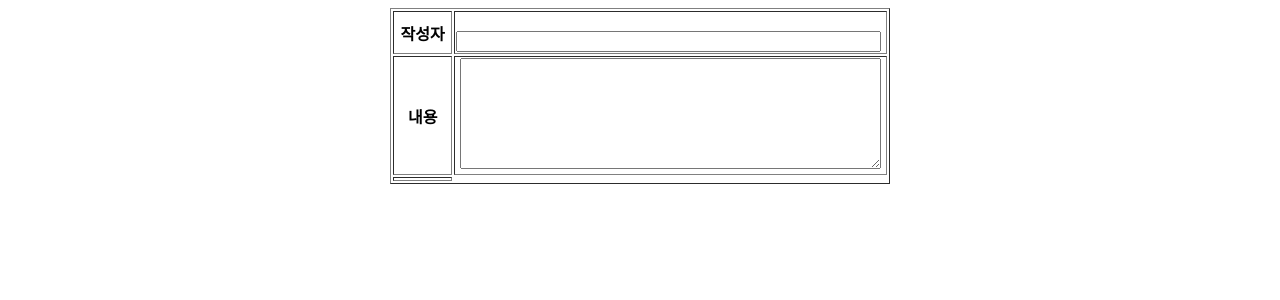
Repository: seminocoe/JSP_STUDY
Page: ServletProject/src/main/webapp/bbs/write.html
An editor plug-in stored every save of this project. The page is shown before and after the next save, followed by the edit.
The browser window is 1280 px wide. The pictures show the whole page.

Above is the page before, as saved 2022-07-27 05:16:19.

### ServletProject/src/main/webapp/bbs/write.html
<!DOCTYPE html>
<html>
<head>
<meta charset="UTF-8">
<title>방명록</title>
</head>
<body>
<form action="" method="post">
	<table width ="500" border="1" align="center">

		<tr>
			<th width = "70">작성자</th>
			<td width = " 430">&nbsp;
			<input type = "text" name ="writer" size = "50"></td>
		</tr>

		<tr>
			<th>내용</th>
			<td>
				&nbsp;<textarea rows="7" cols="50" name = "memo"></textarea>
			</td>
		</tr>

		<tr>
			<td>

			</td>
		</tr>

	</table>
</form>
</body>
</html>

After the next save:
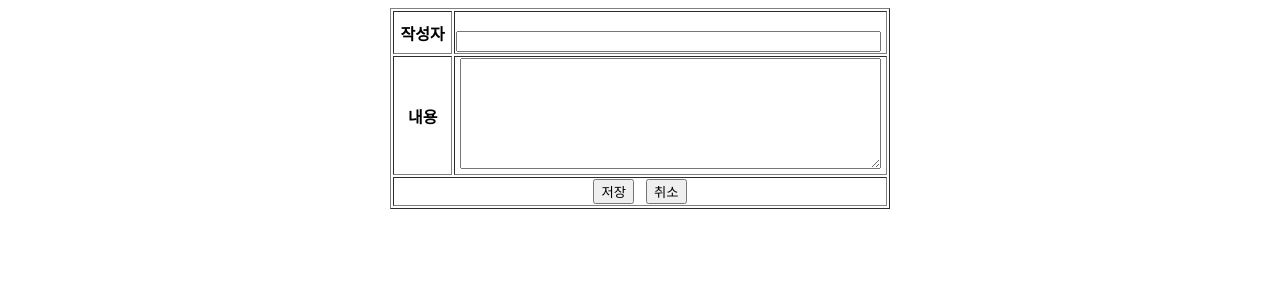
Saved 2 min 21 s later.
--- a/ServletProject/src/main/webapp/bbs/write.html
+++ b/ServletProject/src/main/webapp/bbs/write.html
@@ -22,7 +22,9 @@
 		</tr>
 
 		<tr>
-			<td>
+			<td colspan="2" align="center">
+			<input type="submit" value="저장">&nbsp;&nbsp;
+			<input type="reset" value="취소">
 
 			</td>
 		</tr>
